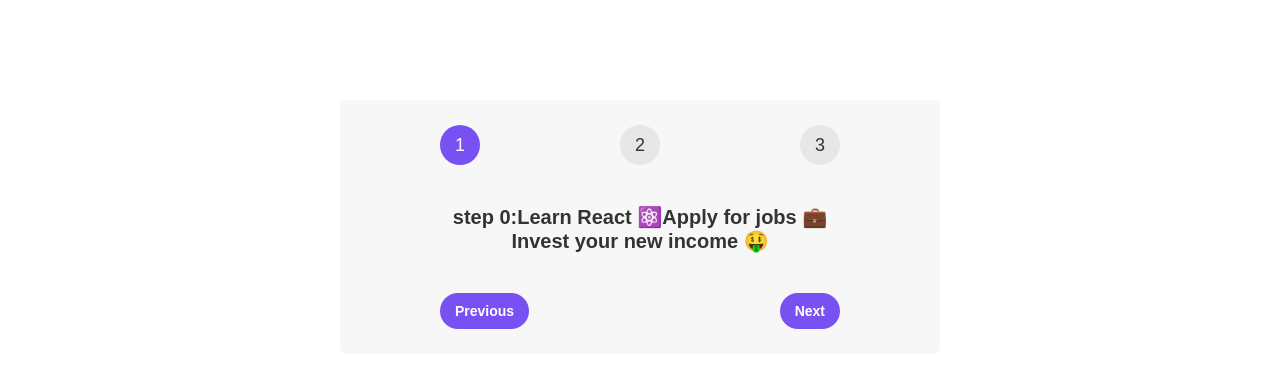
Repository: masamichan/steps
Page: /
These files come from the project's save history. The page is drawn as it stood at one moment and after the next save; the edit follows.
The browser window is 1280 px wide. The pictures show the whole page.
The project was rebuilt for these pictures with package versions that can differ from the ones it lists, and the page was loaded fresh each time.

Above is the page before, as saved 2023-12-30 17:37:16.

After the next save:
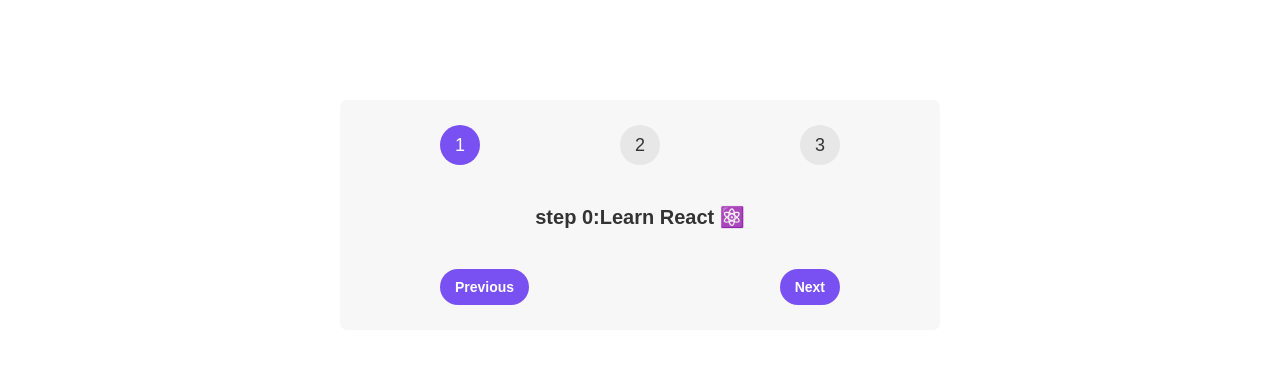
Saved 20 s later.
--- a/src/App.js
+++ b/src/App.js
@@ -14,7 +14,7 @@ export default function App() {
         <div>3</div>
       </div>
       <p className="message">
-        step {step}:{messages}
+        step {step}:{messages[step]}
       </p>
       <div className="buttons">
         <button style={{ backgroundColor: "#7950f2", color: "#fff" }}>
